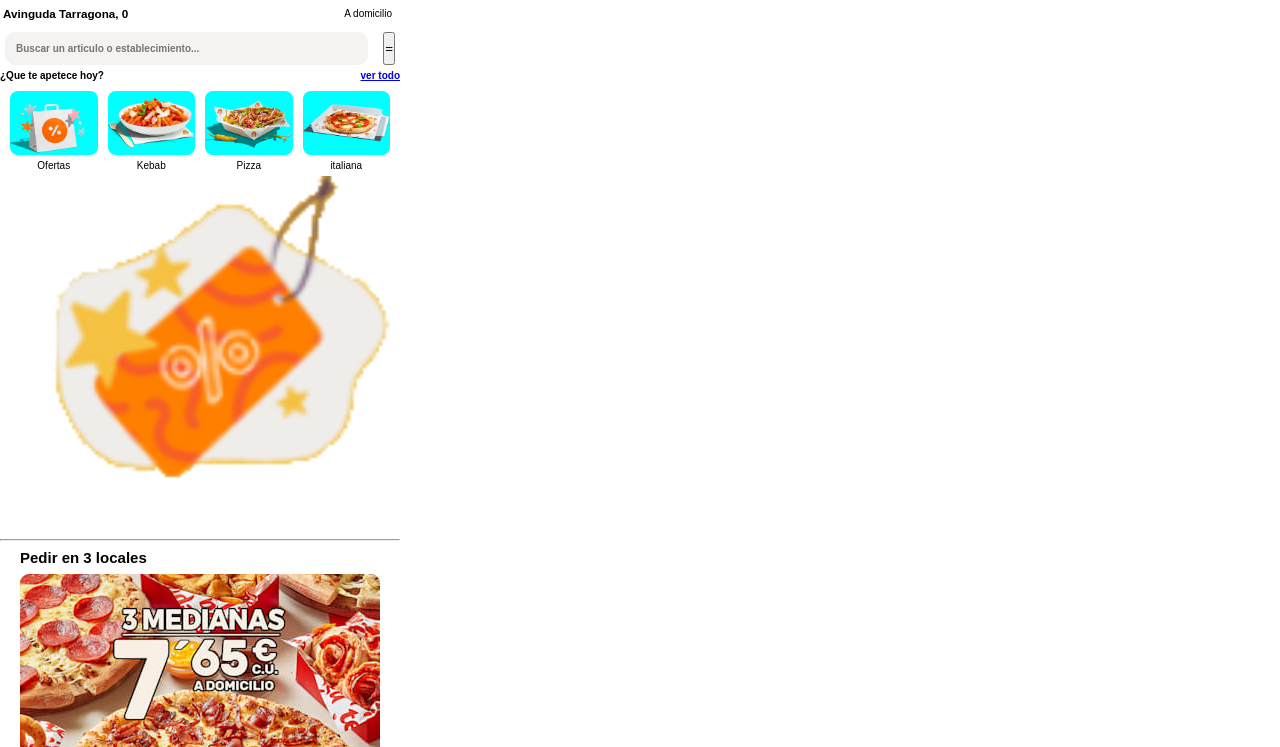
Repository: Srpinedaa/justEat
Page: index.html
An editor plug-in stored every save of this project. The page is shown before and after the next save, followed by the edit.
The browser window is 1280 px wide. The pictures show the part of the page from y = 0 to 747 px (the page is 1333 px tall before and 1348 px after).
A picture or video elsewhere on the page could not be fetched, so the positions and the page height are approximate.

Above is the page before, as saved 2024-10-02 16:53:17.

### index.html
<!DOCTYPE html>
<html lang="en">

<head>
    <meta charset="UTF-8">
    <meta name="viewport" content="width=, initial-scale=1.0">
    <title>Just Eat</title>
    <link rel="stylesheet" href="css/estilos.css">
</head>

<body>
    <div id="all">
        <header>
            <div id="navDireccion">
                <h3 class="direccion">Avinguda Tarragona, 0</h3>
                <div class="formaPedido">
                    <p>A domicilio</p>
                </div>
            </div>

            <div id="navBuscador">
                <input type="text" placeholder="Buscar un articulo o establecimiento...">
                <button>=</button>
            </div>
        </header>
        <main>
            <div id="contenido">
                <div id="bloque1">
                    <section class="bloque1Sesion1">
                        <h4>¿Que te apetece hoy?</h4>
                        <h4><a href="#">ver todo</a></h4>
                    </section>
                    <section class="bloque1Sesion2">
                        <div class="fotoComida">
                            <img src="img/ofertas.png" alt="ofertas">
                            <p>Ofertas</p>
                        </div>
                        <div class="fotoComida">
                            <img src="img/italiana.png" alt="italiana">
                            <p>Kebab</p>
                        </div>
                        <div class="fotoComida">
                            <img src="img/kebab.png" alt="kebab">
                            <p>Pizza</p>
                        </div>
                        <div class="fotoComida">
                            <img src="img/pizza.png" alt="pizza">
                            <p>italiana</p>
                        </div>
                    </section>
                </div>
                <div id="bloque2">
                    <div id="slideShow">
                        <img src="img/descuento.png" alt="descuentos">
                    </div>
                </div>
                <hr>
                <div id="bloque3">
                    <h2>Pedir en 3 locales</h2>
                    <section class="bloquePedidos">
                        <div class="pedido">
                            <div class="imagenPedido">
                                <img src="img/pizza.jpg" alt="pizza">
                            </div>
                            <div class="informacionPedido">
                                <h5>Telepiza Tarrega</h5>
                                <p>4.0(27) · Pizza, italiana</p>
                                <p>25-40 mins 1.95€ entrega Min 13.95€</p>
                                <p>20% de descuentos en articulos selecionados</p>
                            </div>
                        </div>
                        <div class="pedido">
                            <div class="imagenPedido">
                                <img src="img/kebab1.png" alt="pizza">
                            </div>
                            <div class="informacionPedido">
                                <h5>Bon sabor</h5>
                                <p>4.5(26)</p>
                                <p>Kebab, pizza</p>
                                <p>929 m</p>
                            </div>
                        </div>
                        <div class="pedido">
                            <div class="imagenPedido">
                                <img src="img/kebab2.webp" alt="pizza">
                            </div>
                            <div class="informacionPedido">
                                <h5>Doner Kebab Rey</h5>
                                <p>3.7(3)</p>
                                <p>Kebab, pizza</p>
                                <p>1.6km</p>
                            </div>
                        </div>
                    </section>
                </div>
            </div>
        </main>
        <footer></footer>
    </div>
</body>

</html>

### css/estilos.css
*{
    margin: 0;
    padding: 0;
    box-sizing: border-box;
    font-family: sans-serif;
}

html{
    font-size: 62.5%;
}

#all{
    /* border: 1px solid red; */
    overflow: hidden;
    width: 40rem;

}

#navDireccion{
    /* border: 1px solid green; */
    display: flex;
    justify-content: space-between;
    margin-bottom: 9px;
    padding: 3px;
    align-items: center;
    margin: 0;
}

#navBuscador{
    padding: 5px;
    /* border: 1px solid blue; */
    display: flex;
    justify-content: space-between;
}

#navBuscador input{
    width: 93%;
    border-radius: 1rem;
    padding: 1rem;
    border: 1px solid #f5f3f1;
    background-color: #f5f3f1;
    font-size: 1rem;
    font-weight: bolder;

}

.buscador{
    /* border: 1px solid red; */
    border-radius: 7px;
    padding: 5px;
}


#slideShow{
    width: 100%;
    height: auto;
    margin-bottom: 2rem;
    padding: 5px;
    /* border: 1px solid cadetblue; */
}

#slideShow img{
    width: 100%;
    height: 100%;
}

.formaPedido{
    /* border: 1px solid red; */
    border-radius: 7px;
    padding: 5px;
}

#contenido{
    /* border: 1px solid green; */
}

#bloque1{
    /* border: 1px solid blue; */
    display: flex;
    flex-direction: column;
}

.bloque1Sesion1{
    /* border: 1px solid pink; */
    display: flex;
    justify-content: space-between;
}

.bloque1Sesion2{
    /* border: 1px solid brown; */
    display: flex;
    width: 100%;
    justify-content: space-between;
    padding: 5px;
}

.fotoComida{
    width: 20rem;
    height: 8rem;
    padding: 5px;
    display: flex;
    flex-direction: column;
    align-items: center;
}

.fotoComida img{
    width: 100%;
    height: 100%;
    border-radius: 8px;

    background-color: aqua;

    /* border: 1px solid salmon; */
}

.fotoComida p{
    margin: 5px 0;
}

#bloque3{
    margin-top: 8px;
}

#bloque3 h2{
    margin-bottom: 8px;
    margin-left: 2rem;
}

.bloquePedidos{
    /* border: 1px solid blue; */
}

.pedido{
    width: 100%;
    /* border: 1px solid green; */
    display: flex;
    flex-direction: column;
    border-radius: 8px;
    margin-bottom: 8px;
}

.imagenPedido{
    width: 36rem;
    /* border: 1px solid red; */
    display: flex;
    justify-content: center;
    align-items: center;
    height: 18rem;
    overflow: hidden;
    border-top-right-radius: 9px;
    border-top-left-radius: 9px;
    margin: 0 auto;

    /* position: relative; */
}

.informacionPedido{
    width: 36rem;
    /* background-color: wheat; */
    display: flex;
    flex-direction: column;
    flex-wrap: wrap;
    margin: 0 auto;
    padding: 1rem;
    border-bottom-left-radius: 9px;
    border-bottom-right-radius: 9px;
    border: 1px solid #f2f2f2;

}

.informacionPedido h5{
    width: 100%;
}

.informacionPedido p:last-child{
    width: 100%;
}

After the next save:
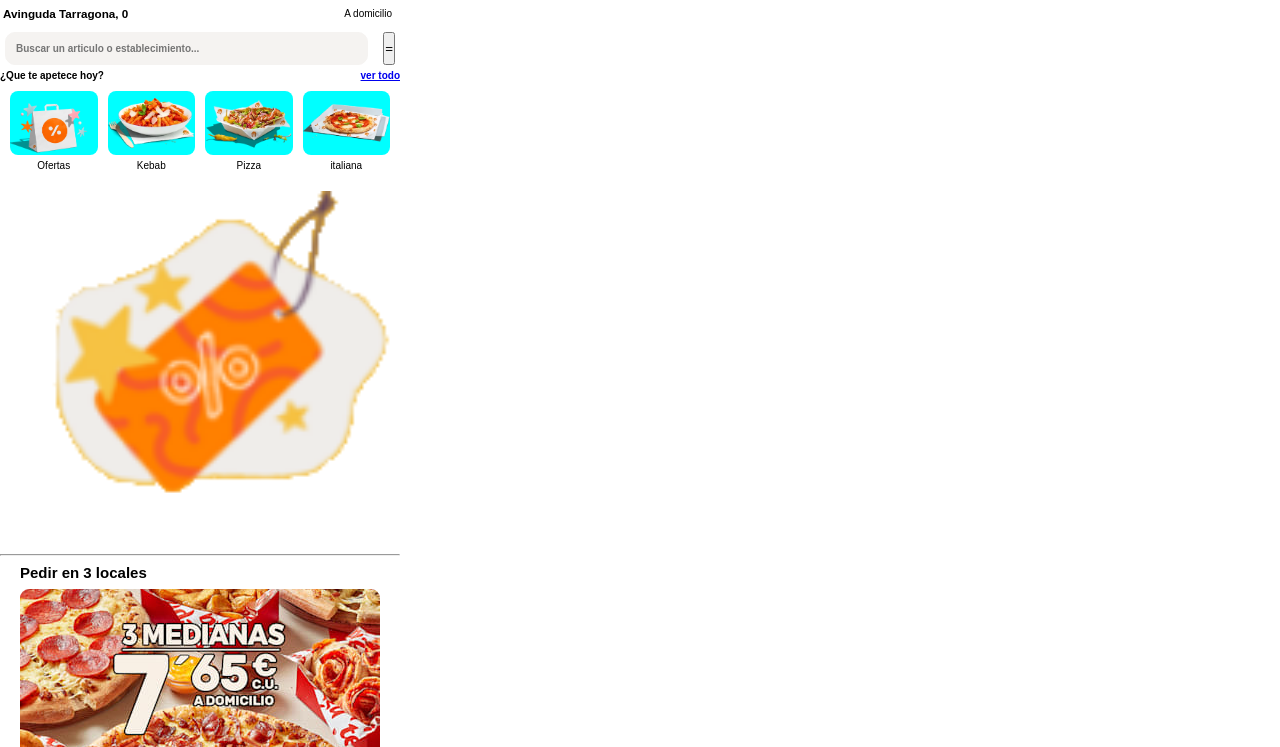
Saved 2 min 37 s later.
--- a/css/estilos.css
+++ b/css/estilos.css
@@ -96,7 +96,7 @@
 
 .fotoComida{
     width: 20rem;
-    height: 8rem;
+    height: auto;
     padding: 5px;
     display: flex;
     flex-direction: column;
